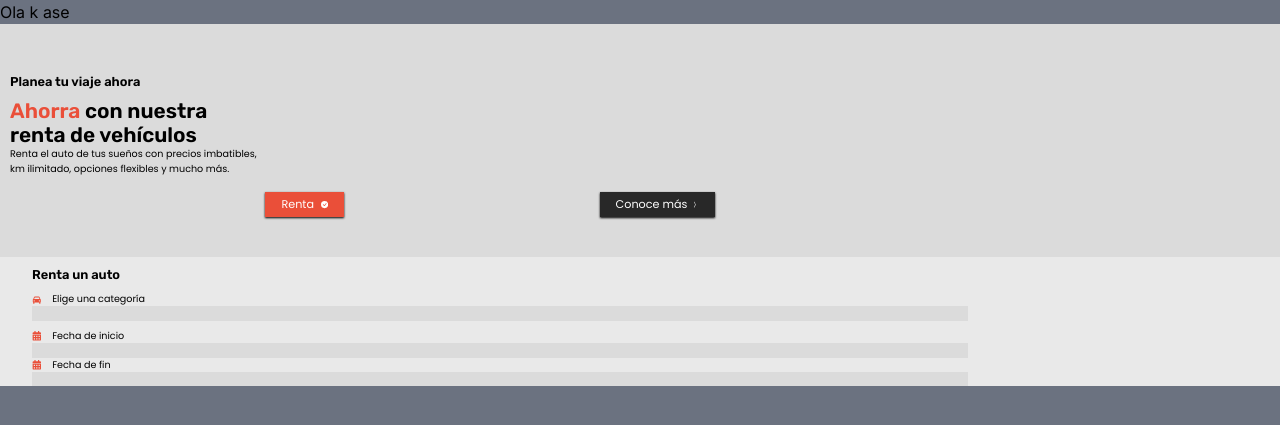
Repository: aldovelacasas/PF_RentCar2
Page: /homePage
An editor plug-in stored every save of this project. The page is shown before and after the next save, followed by the edit.
The browser window is 1280 px wide. The pictures show the whole page.
The project was rebuilt for these pictures with package versions that can differ from the ones it lists, and the page was loaded fresh each time. Some packages were replaced by stand-ins written for this rebuild. The framework's server and built-in components were replaced by stand-ins that run in the browser. Also part of the build but not shown: next.config.js.

Above is the page before, as saved 2023-08-29 20:02:35.

After the next save:
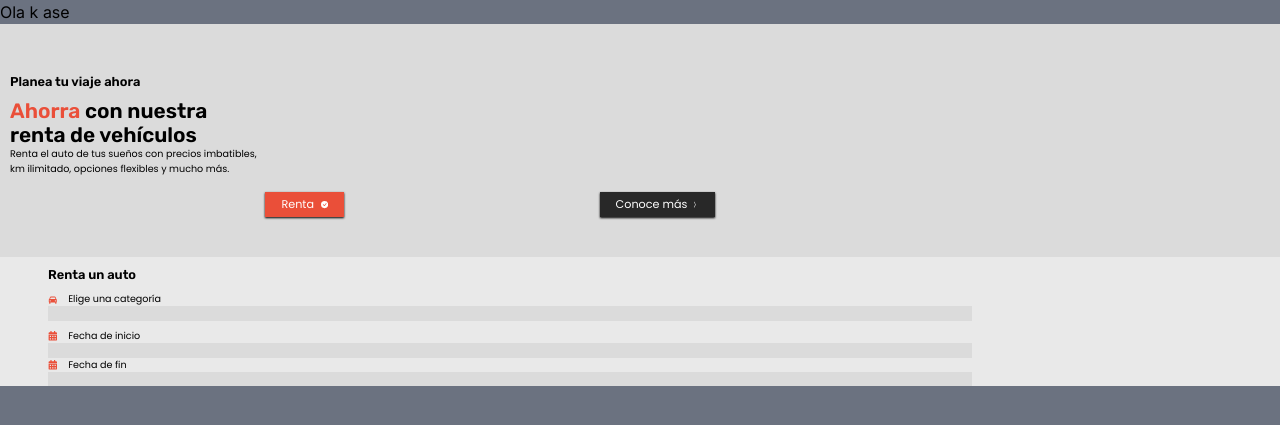
Saved 6 s later.
--- a/src/app/homePage/page.jsx
+++ b/src/app/homePage/page.jsx
@@ -45,7 +45,7 @@ function HomePage() {
           </button>
         </div>
       </header>
-      <form className={`pt-2 ${poppins} text-[0.6em] pl-8 bg-gris_frente`}>
+      <form className={`pt-2 ${poppins} text-[0.6em] pl-12 bg-gris_frente`}>
         <p className={`text-[0.8rem] ${rubik} mb-2`}>Renta un auto</p>
         <label htmlFor="categoria" className="">
           <BiSolidCar className="inline text-naranja_enf mr-2" /> Elige una
